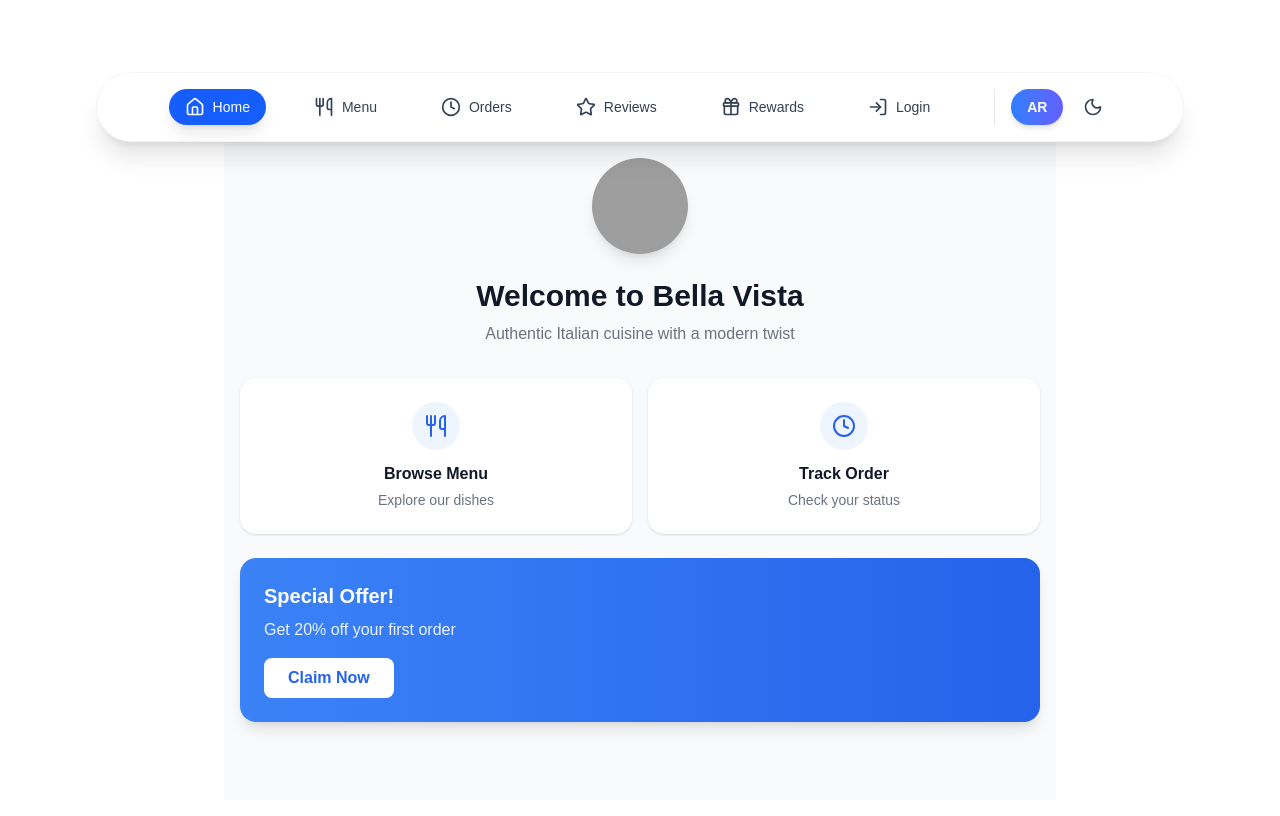
Repository: GraduationMERN/restaurant-system
Page: / (app in client/)
An editor plug-in stored every save of this project. The page is shown before and after the next save, followed by the edit.
The browser window is 1280 px wide. The pictures show the whole page.
Pictures or frames that could not be fetched are drawn as grey boxes. The project was rebuilt for these pictures with package versions that can differ from the ones it lists, and the page was loaded fresh each time. Also part of the build but not shown: client/vite.config.js, client/src/pages/ReviewsPage.jsx, client/src/pages/RewardPage.jsx, client/src/components/ui/badge/Badge.jsx, client/src/components/ecommerce/EcommerceMetrics.jsx, client/src/components/ui/dropdown/Dropdown.jsx, client/src/components/ui/dropdown/DropdownItem.jsx, client/src/components/ecommerce/MonthlySalesChart.jsx and 36 more. Imported but missing from the stored project, and not drawn on this page: client/src/components/form/input/InputField, client/src/pages/admin/UserProfiles.

Above is the page before, as saved 2025-11-29 02:44:09.

### client/index.html
<!doctype html>
<html lang="en">
  <head>
    <meta charset="UTF-8" />
    <link rel="icon" type="image/svg+xml" href="/vite.svg" />
    <meta name="viewport" content="width=device-width, initial-scale=1.0" />
    <title>Restuarant</title>
  </head>
  <body>
    <div id="root"></div>
    <script type="module" src="/src/main.jsx"></script>
  </body>
</html>

### client/src/main.jsx
import { StrictMode } from 'react'
import { createRoot } from 'react-dom/client'
import './index.css'
import "swiper/swiper-bundle.css";
import "flatpickr/dist/flatpickr.css";
import App from './App.jsx'
import './i18n';
import { AppWrapper } from "./components/common/PageMeta.jsx";
import { ThemeProvider } from "./context/ThemeContext.jsx";
createRoot(document.getElementById('root')).render(
  // <StrictMode>
  <ThemeProvider>
    <AppWrapper>
      <App />
    </AppWrapper>
  </ThemeProvider>
  // </StrictMode>,
)

### client/src/App.jsx
import { BrowserRouter, Routes, Route } from "react-router-dom";
import ReviewsPage from "./pages/ReviewsPage";
import LandingPage from "./pages/LandingPage";
import Layout from "./components/Layout";
import RewardPage from "./pages/RewardPage";
import Admin from "./pages/admin/Admin";
import AppLayout from "./layout/admin-layout/AppLayout";
import { ScrollToTop } from "./components/common/ScrollToTop";
import OrderPage from "./features/orders/ui/OrderPage";

function App() {
  return (
    <BrowserRouter>
      <ScrollToTop />
      <Layout>
        <Routes>
          <Route path="/" element={<LandingPage />} />
          <Route path="/reviews" element={<ReviewsPage />} />
          <Route path="/rewards" element={<RewardPage />} />
           <Route path="/orders" element={<OrderPage />} />
          {/* Single Admin Page with section sub-route */}
          <Route element={<AppLayout />}>
            <Route path="/admin/:section?" element={<Admin />} />
          </Route>
        </Routes>
      </Layout>
    </BrowserRouter>
  );
}

export default App;

### client/src/components/common/PageMeta.jsx
import { HelmetProvider, Helmet } from "react-helmet-async";

const PageMeta = ({ title, description }) => (
  <Helmet>
    <title>{title}</title>
    <meta name="description" content={description} />
  </Helmet>
);

export const AppWrapper = ({ children }) => (
  <HelmetProvider>{children}</HelmetProvider>
);

export default PageMeta;

### client/src/context/ThemeContext.jsx
import { createContext, useState, useContext, useEffect } from "react";

const ThemeContext = createContext(undefined);

export const ThemeProvider = ({ children }) => {
  const [theme, setTheme] = useState("light");
  const [isInitialized, setIsInitialized] = useState(false);

  useEffect(() => {
    // This code will only run on the client side
    const savedTheme = localStorage.getItem("theme");
    const initialTheme = savedTheme || "light"; // Default to light theme

    setTheme(initialTheme);
    setIsInitialized(true);
  }, []);

  useEffect(() => {
    if (isInitialized) {
      localStorage.setItem("theme", theme);
      if (theme === "dark") {
        document.documentElement.classList.add("dark");
      } else {
        document.documentElement.classList.remove("dark");
      }
    }
  }, [theme, isInitialized]);

  const toggleTheme = () => {
    setTheme((prevTheme) => (prevTheme === "light" ? "dark" : "light"));
  };

  return (
    <ThemeContext.Provider value={{ theme, toggleTheme }}>
      {children}
    </ThemeContext.Provider>
  );
};

export const useTheme = () => {
  const context = useContext(ThemeContext);
  if (context === undefined) {
    throw new Error("useTheme must be used within a ThemeProvider");
  }
  return context;
};

### client/src/admin.css
@theme {
  --font-*: initial;
  --font-outfit: Outfit, sans-serif;

  --breakpoint-*: initial;
  --breakpoint-2xsm: 375px;
  --breakpoint-sm: 640px;
  --breakpoint-md: 768px;
  --breakpoint-lg: 1024px;
  --breakpoint-xl: 1280px;
  --breakpoint-2xl: 1536px;

  --text-title-2xl: 72px;
  --text-title-2xl--line-height: 90px;
  --text-title-xl: 60px;
  --text-title-xl--line-height: 72px;
  --text-title-lg: 48px;
  --text-title-lg--line-height: 60px;
  --text-title-md: 36px;
  --text-title-md--line-height: 44px;
  --text-title-sm: 30px;
  --text-title-sm--line-height: 38px;
  --text-theme-xl: 20px;
  --text-theme-xl--line-height: 30px;
  --text-theme-sm: 14px;
  --text-theme-sm--line-height: 20px;
  --text-theme-xs: 12px;
  --text-theme-xs--line-height: 18px;

  --color-current: currentColor;
  --color-transparent: transparent;
  --color-white: #ffffff;

  --color-brand-50: #ecf3ff;
  --color-brand-100: #dde9ff;
  --color-brand-200: #c2d6ff;
  --color-brand-300: #9cb9ff;
  --color-brand-400: #7592ff;
  --color-brand-500: #465fff;
  --color-brand-600: #3641f5;
  --color-brand-700: #2a31d8;
  --color-brand-800: #252dae;
  --color-brand-900: #262e89;

  --color-blue-light-50: #f0f9ff;
  --color-blue-light-100: #e0f2fe;
  --color-blue-light-200: #b9e6fe;
  --color-blue-light-300: #7cd4fd;
  --color-blue-light-400: #36bffa;
  --color-blue-light-500: #0ba5ec;
  --color-blue-light-600: #0086c9;
  --color-blue-light-700: #026aa2;
  --color-blue-light-800: #065986;
  --color-blue-light-900: #0b4a6f;

  --color-gray-50: #f9fafb;
  --color-gray-100: #f2f4f7;
  --color-gray-200: #e4e7ec;
  --color-gray-300: #d0d5dd;
  --color-gray-400: #98a2b3;
  --color-gray-500: #667085;
  --color-gray-600: #475467;
  --color-gray-700: #344054;
  --color-gray-800: #1d2939;
  --color-gray-900: #101828;

  --color-gray-dark: #1a2231;

  --color-orange-50: #fff6ed;
  --color-orange-100: #ffead5;
  --color-orange-200: #fddcab;
  --color-orange-300: #feb273;
  --color-orange-400: #fd853a;
  --color-orange-500: #fb6514;
  --color-orange-600: #ec4a0a;
  --color-orange-700: #c4320a;
  --color-orange-800: #9c2a10;
  --color-orange-900: #7e2410;

  --color-success-50: #ecfdf3;
  --color-success-100: #d1fadf;
  --color-success-200: #a6f4c5;
  --color-success-300: #6ce9a6;
  --color-success-400: #32d583;
  --color-success-500: #12b76a;
  --color-success-600: #039855;
  --color-success-700: #027a48;
  --color-success-800: #05603a;
  --color-success-900: #054f31;

  --color-error-50: #fef3f2;
  --color-error-100: #fee4e2;
  --color-error-200: #fecdca;
  --color-error-300: #fda29b;
  --color-error-400: #f97066;
  --color-error-500: #f04438;
  --color-error-600: #d92d20;
  --color-error-700: #b42318;
  --color-error-800: #912018;
  --color-error-900: #7a271a;

  --color-warning-50: #fffaeb;
  --color-warning-100: #fef0c7;
  --color-warning-200: #fedf89;
  --color-warning-300: #fec84b;
  --color-warning-400: #fdb022;
  --color-warning-500: #f79009;
  --color-warning-600: #dc6803;
  --color-warning-700: #b54708;
  --color-warning-800: #93370d;
  --color-warning-900: #7a2e0e;

  --shadow-theme-md: 0px 4px 8px -2px rgba(16, 24, 40, 0.1),
    0px 2px 4px -2px rgba(16, 24, 40, 0.06);
  --shadow-theme-lg: 0px 12px 16px -4px rgba(16, 24, 40, 0.08),
    0px 4px 6px -2px rgba(16, 24, 40, 0.03);
  --shadow-theme-sm: 0px 1px 3px 0px rgba(16, 24, 40, 0.1),
    0px 1px 2px 0px rgba(16, 24, 40, 0.06);
  --shadow-theme-xs: 0px 1px 2px 0px rgba(16, 24, 40, 0.05);
  --shadow-theme-xl: 0px 20px 24px -4px rgba(16, 24, 40, 0.08),
    0px 8px 8px -4px rgba(16, 24, 40, 0.03);
  --shadow-focus-ring: 0px 0px 0px 4px rgba(70, 95, 255, 0.12);

  --z-index-1: 1;
  --z-index-999: 999;
  --z-index-99999: 99999;
}

@layer base {
  *,
  ::after,
  ::before,
  ::backdrop,
  ::file-selector-button {
    border-color: var(--color-gray-200, currentColor);
  }
  button:not(:disabled),
  [role="button"]:not(:disabled) {
    cursor: pointer;
  }
  body {
    @apply relative font-normal font-outfit z-1 bg-gray-50 dark:bg-gray-900;
  }
}

@utility menu-item {
  @apply relative flex items-center w-full gap-3 px-3 py-2 font-medium rounded-lg text-theme-sm;
}

@utility menu-item-active {
  @apply bg-brand-50 text-brand-500 dark:bg-brand-500/[0.12] dark:text-brand-400;
}

@utility menu-item-inactive {
  @apply text-gray-700 hover:bg-gray-100 group-hover:text-gray-700 dark:text-gray-300 dark:hover:bg-white/5 dark:hover:text-gray-300;
}

@utility menu-item-icon-active {
  @apply text-brand-500 dark:text-brand-400;
}

@utility menu-item-icon-size {
  & svg {
    @apply !size-6;
  }
}

@utility menu-item-icon-inactive {
  @apply text-gray-500 group-hover:text-gray-700 dark:text-gray-400 dark:group-hover:text-gray-300;
}

### client/src/pages/LandingPage.jsx
import React from "react";
import { Utensils, Clock } from "lucide-react";

export default function LandingPage() {
  return (
    <div className="min-h-screen bg-default flex items-center justify-center px-4">
      <div className="max-w-7xl w-full">
        {/* Logo and Header */}
        <div className="text-center mb-8">
          <div className="w-24 h-24 mx-auto mb-6 rounded-full overflow-hidden shadow-lg">
            <img
              src="https://images.unsplash.com/photo-1517248135467-4c7edcad34c4?w=200&h=200&fit=crop"
              alt="Bella Vista"
              className="w-full h-full object-cover"
            />
          </div>
          <h1 className="text-3xl font-bold text-on-surface mb-2">
            Welcome to Bella Vista
          </h1>
          <p className="text-muted">
            Authentic Italian cuisine with a modern twist
          </p>
        </div>

        {/* Action Cards */}
        <div className="grid grid-cols-2 gap-4 mb-6">
          <button className="bg-surface rounded-2xl p-6 shadow-sm hover:shadow-md transition text-center">
            <div className="w-12 h-12 bg-primary-100 rounded-full flex items-center justify-center mx-auto mb-3">
              <Utensils className="w-6 h-6 text-primary" />
            </div>
            <h3 className="font-semibold text-on-surface mb-1">Browse Menu</h3>
            <p className="text-sm text-muted">Explore our dishes</p>
          </button>

          <button className="bg-surface rounded-2xl p-6 shadow-sm hover:shadow-md transition text-center">
            <div className="w-12 h-12 bg-primary-100 rounded-full flex items-center justify-center mx-auto mb-3">
              <Clock className="w-6 h-6 text-primary" />
            </div>
            <h3 className="font-semibold text-on-surface mb-1">Track Order</h3>
            <p className="text-sm text-muted">Check your status</p>
          </button>
        </div>

        {/* Special Offer Card */}
        <div className="bg-primary-gradient rounded-2xl p-6 shadow-lg text-white">
          <h3 className="text-xl font-bold mb-2">Special Offer!</h3>
          <p className="mb-4 opacity-90">Get 20% off your first order</p>
          <button className="bg-surface text-primary px-6 py-2 rounded-lg font-semibold hover:bg-default transition">
            Claim Now
          </button>
        </div>
      </div>
    </div>
  );
}

### client/src/components/Layout.jsx
import DesktopNav from "./desktopNav";
import Navbar from "./Navbar";
import { useLocation } from "react-router-dom";

export default function Layout({ children }) {
  const location = useLocation();
  const isAdmin = location.pathname.startsWith("/admin");

  return (
    <div className="min-h-screen w-full flex flex-col bg-white">
      {/* Desktop horizontal navbar */}
      {!isAdmin && <DesktopNav />}

      {/* Main content */}
      <div className={`w-full flex justify-center ${!isAdmin ? "pt-20 pb-20 md:pb-4" : ""}`}>
        <div className="w-full max-w-xl px-4 md:max-w-4xl md:px-8">
          {children}
        </div>
      </div>

      {/* Mobile bottom navbar */}
      {!isAdmin && (
        <div className="md:hidden fixed bottom-0 left-0 right-0 bg-white shadow-lg border-t border-gray-200 z-50">
          <div className="w-full max-w-xl mx-auto h-16 flex justify-between items-center px-4">
            <Navbar />
          </div>
        </div>
      )}
    </div>
  );
}

### client/src/components/Navbar.jsx
import { Home, Utensils, Clock4, Star, Gift } from "lucide-react";
import { Link, useLocation } from "react-router-dom";
import { useTranslation } from 'react-i18next';

export default function Navbar() {
  const { t, i18n } = useTranslation();
  const location = useLocation();

  const isActive = (path) => location.pathname === path;

  return (
    <div className="w-full flex justify-between items-center">
      {i18n.language === "en" && (
        <button
          onClick={() => i18n.changeLanguage("ar")}
          className="flex flex-col items-center text-gray-600 hover:text-blue-600 transition-colors"
        >
          <span className="text-xs font-medium">AR</span>
        </button>
      )}
      {i18n.language === "ar" && (
        <button
          onClick={() => i18n.changeLanguage("en")}
          className="flex flex-col items-center text-gray-600 hover:text-blue-600 transition-colors"
        >
          <span className="text-xs font-medium">EN</span>
        </button>
      )}

      <Link
        to="/"
        className={`flex flex-col items-center transition-colors ${
          isActive('/') ? 'text-blue-600' : 'text-gray-600 hover:text-blue-600'
        }`}
      >
        <Home size={20} />
        <span className="text-xs">{t("home")}</span>
      </Link>

      <Link
        to="/menu"
        className={`flex flex-col items-center transition-colors ${
          isActive('/menu') ? 'text-blue-600' : 'text-gray-600 hover:text-blue-600'
        }`}
      >
        <Utensils size={20} />
        <span className="text-xs">{t("menu")}</span>
      </Link>

      <Link
        to="/orders"
        className={`flex flex-col items-center transition-colors ${
          isActive('/orders') ? 'text-blue-600' : 'text-gray-600 hover:text-blue-600'
        }`}
      >
        <Clock4 size={20} />
        <span className="text-xs">{t("orders")}</span>
      </Link>

      <Link
        to="/reviews"
        className={`flex flex-col items-center transition-colors ${
          isActive('/reviews') ? 'text-blue-600' : 'text-gray-600 hover:text-blue-600'
        }`}
      >
        <Star size={20} />
        <span className="text-xs">{t("reviews")}</span>
      </Link>

      <Link
        to="/rewards"
        className={`flex flex-col items-center transition-colors ${
          isActive('/rewards') ? 'text-blue-600' : 'text-gray-600 hover:text-blue-600'
        }`}
      >
        <Gift size={20} />
        <span className="text-xs">{t("rewards")}</span>
      </Link>
    </div>
  );
}

Loaded but not shown: client/src/index.css (common file); client/src/components/common/ScrollToTop.jsx (common file); client/src/languages/ArabicLang.json (7 lines, source omitted); client/src/languages/EnglishLang.json (7 lines, source omitted); client/src/icons/admin-icons/index.js (43 lines, source omitted); client/src/i18n.js (30 lines, source omitted); client/src/layout/admin-layout/AppSidebar.jsx (280 lines, source omitted); client/src/components/DesktopNav.jsx (244 lines, source omitted)

After the next save:
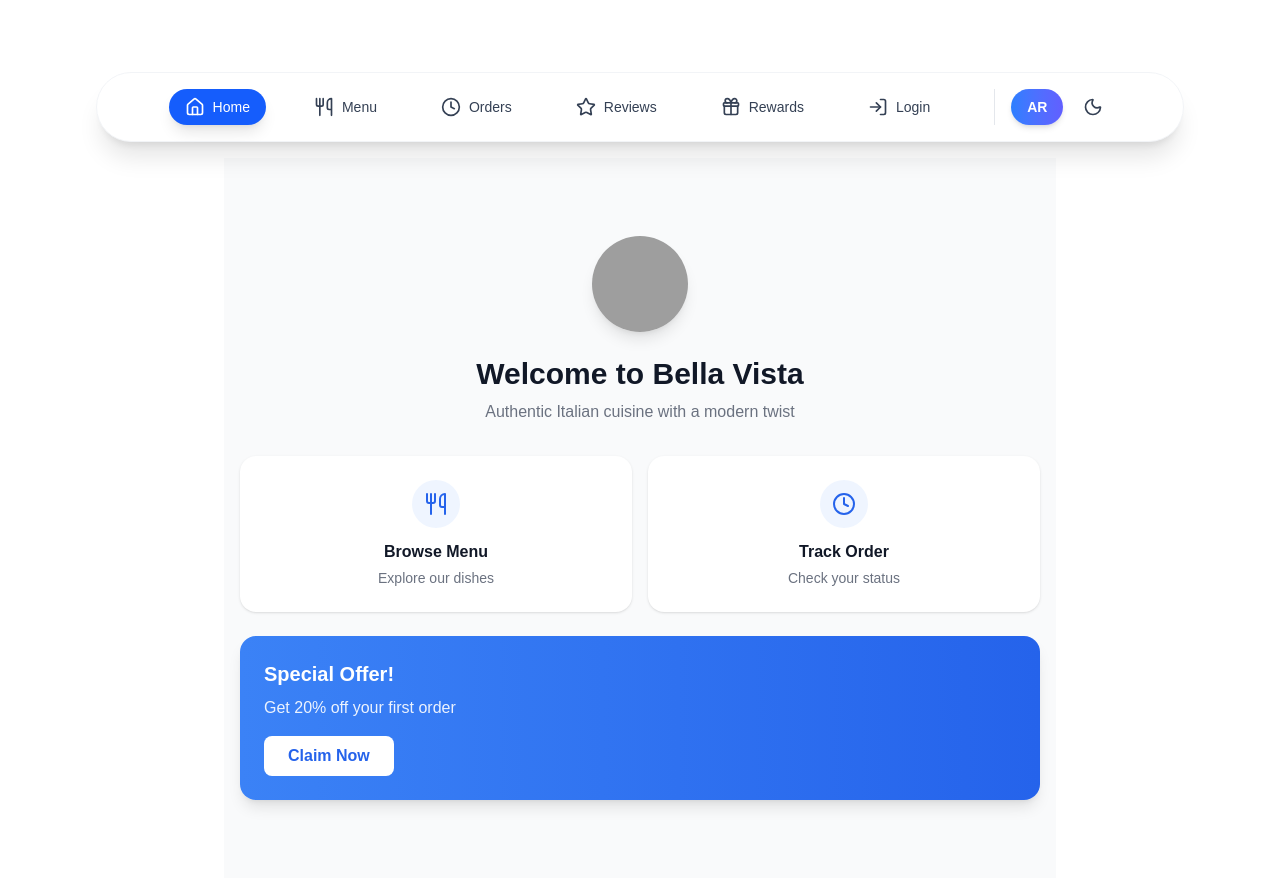
Saved 4 min 8 s later.
--- a/client/src/components/Layout.jsx
+++ b/client/src/components/Layout.jsx
@@ -8,11 +8,16 @@ export default function Layout({ children }) {
 
   return (
     <div className="min-h-screen w-full flex flex-col bg-white">
-      {/* Desktop horizontal navbar */}
+
+      {/* Desktop navbar */}
       {!isAdmin && <DesktopNav />}
 
-      {/* Main content */}
-      <div className={`w-full flex justify-center ${!isAdmin ? "pt-20 pb-20 md:pb-4" : ""}`}>
+      {/* Main content with correct spacing */}
+      <div
+        className={`w-full flex justify-center ${
+          !isAdmin ? "pt-[18vh] pb-20 md:pt-[22vh] md:pb-4" : ""
+        }`}
+      >
         <div className="w-full max-w-xl px-4 md:max-w-4xl md:px-8">
           {children}
         </div>
@@ -26,6 +31,7 @@ export default function Layout({ children }) {
           </div>
         </div>
       )}
+
     </div>
   );
 }
